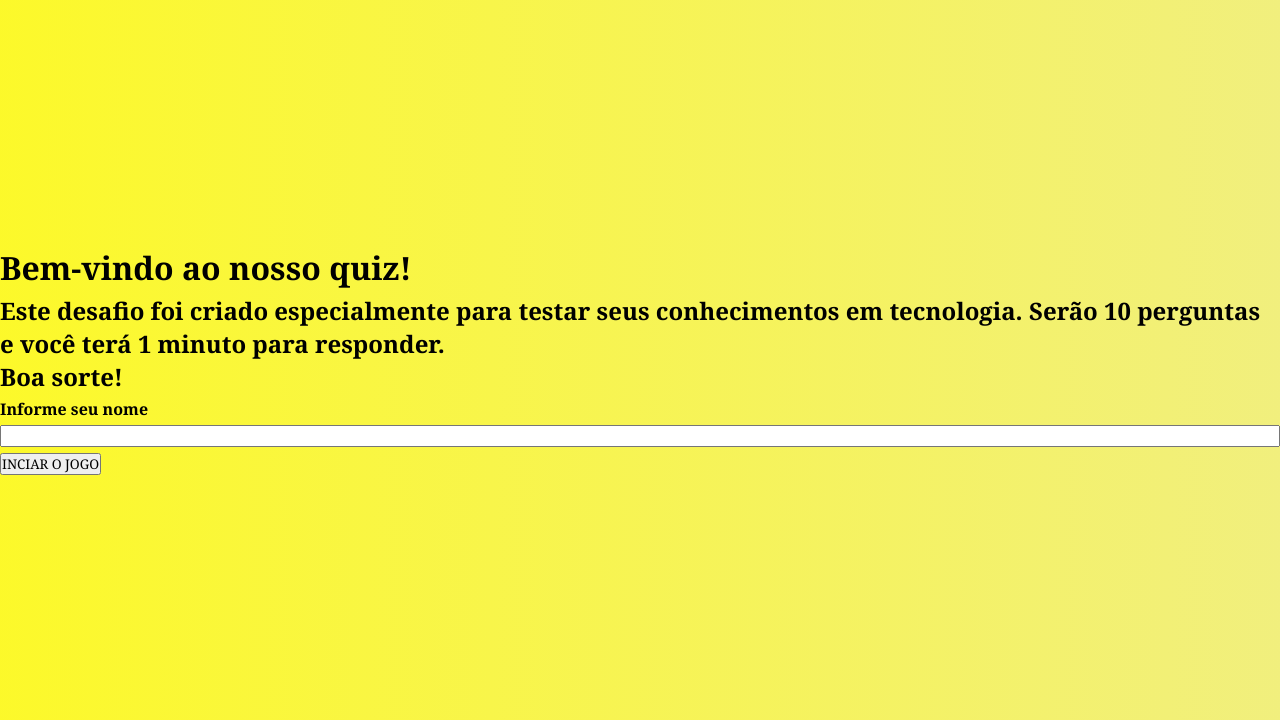
Repository: LaisSilvaO/Projeto-Quizz
Page: telas/apresentação.html
The author's editor kept a copy of each file at every save. The page is drawn from the files as they stood at one save, then again after the next save.
The browser window is 1280 px wide. The pictures show the whole page.

Above is the page before, as saved 2024-12-24 13:45:05.

After the next save:
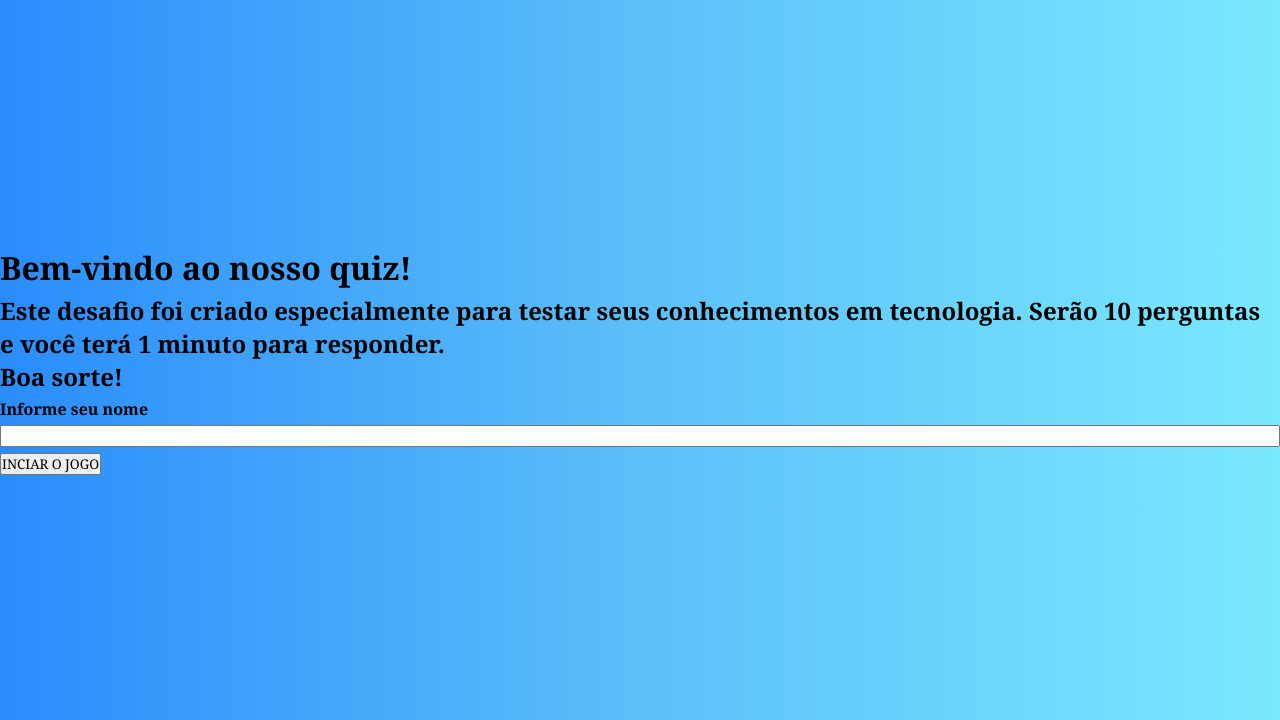
Saved 7 min 20 s later.
--- a/img/tela.css
+++ b/img/tela.css
@@ -10,6 +10,6 @@ body{
   justify-content: center;
   flex-direction: column;
   gap: 5px;
-  background: linear-gradient(90deg, rgba(252, 248, 19, 0.9) 0%, rgba(240, 238, 116, 0.932) 100%);
+  background: linear-gradient(90deg, rgba(19, 128, 252, 0.9) 0%, rgba(80, 187, 248, 0.932) , rgba(103, 230, 255, 0.877)100%);
 
 }
